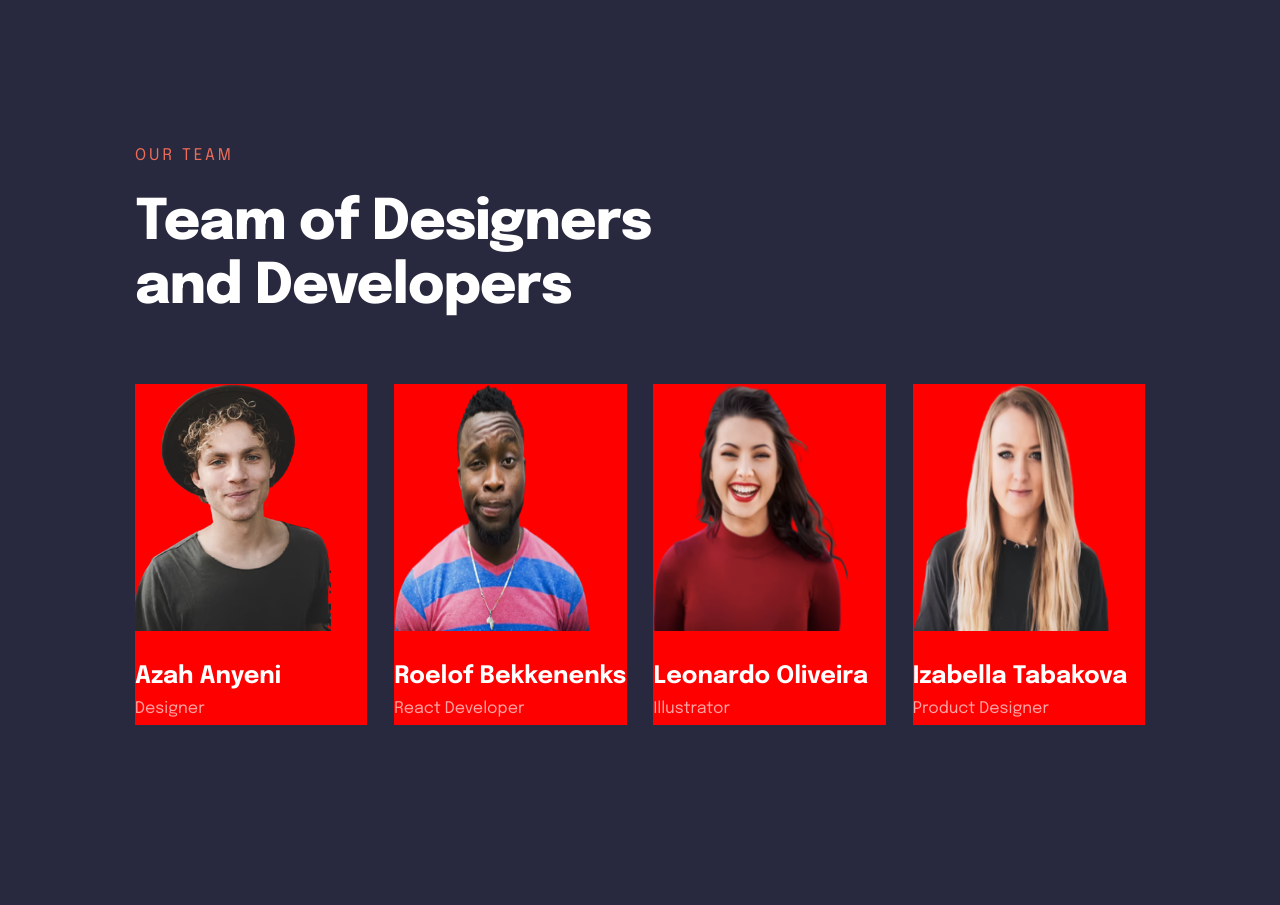
Repository: MehdiKerimov/Figma-task-10
Page: pages/teamPage/index.html
The author's editor kept a copy of each file at every save. The page is drawn from the files as they stood at one save, then again after a run of saves.
The browser window is 1280 px wide. The pictures show the whole page.

Above is the page before, as saved 2023-09-09 15:22:35.

After the next 2 saves:
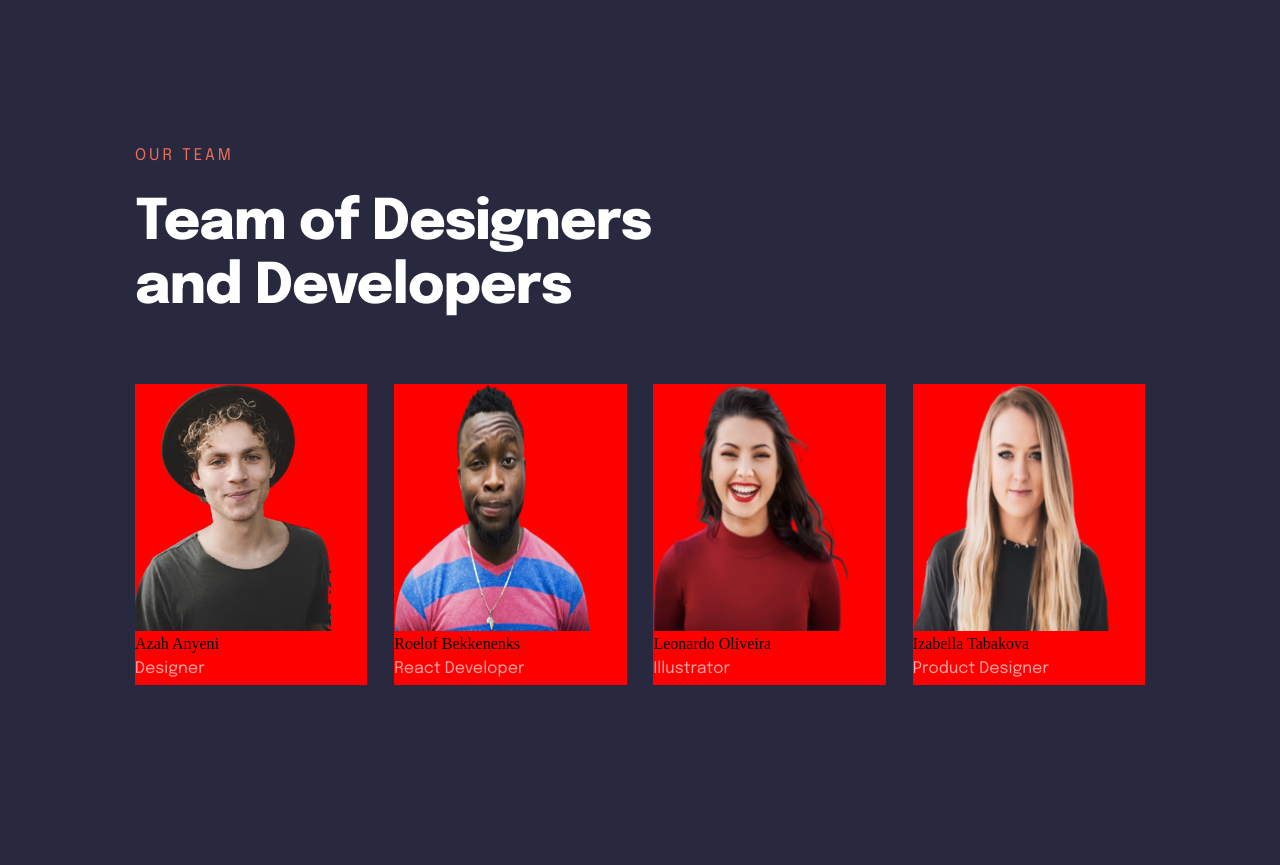
The 2 saves are shown as one change because they came seconds apart.
The last was saved 12 s later.
--- a/pages/teamPage/index.css
+++ b/pages/teamPage/index.css
@@ -46,6 +46,7 @@
   width: 196px;
   height: 247px;
 }
+.container ul li iv
 .container ul li p {
   margin-top: 26px;
   color: var(--Text_Light, #fff);

After the 2 saves that followed:
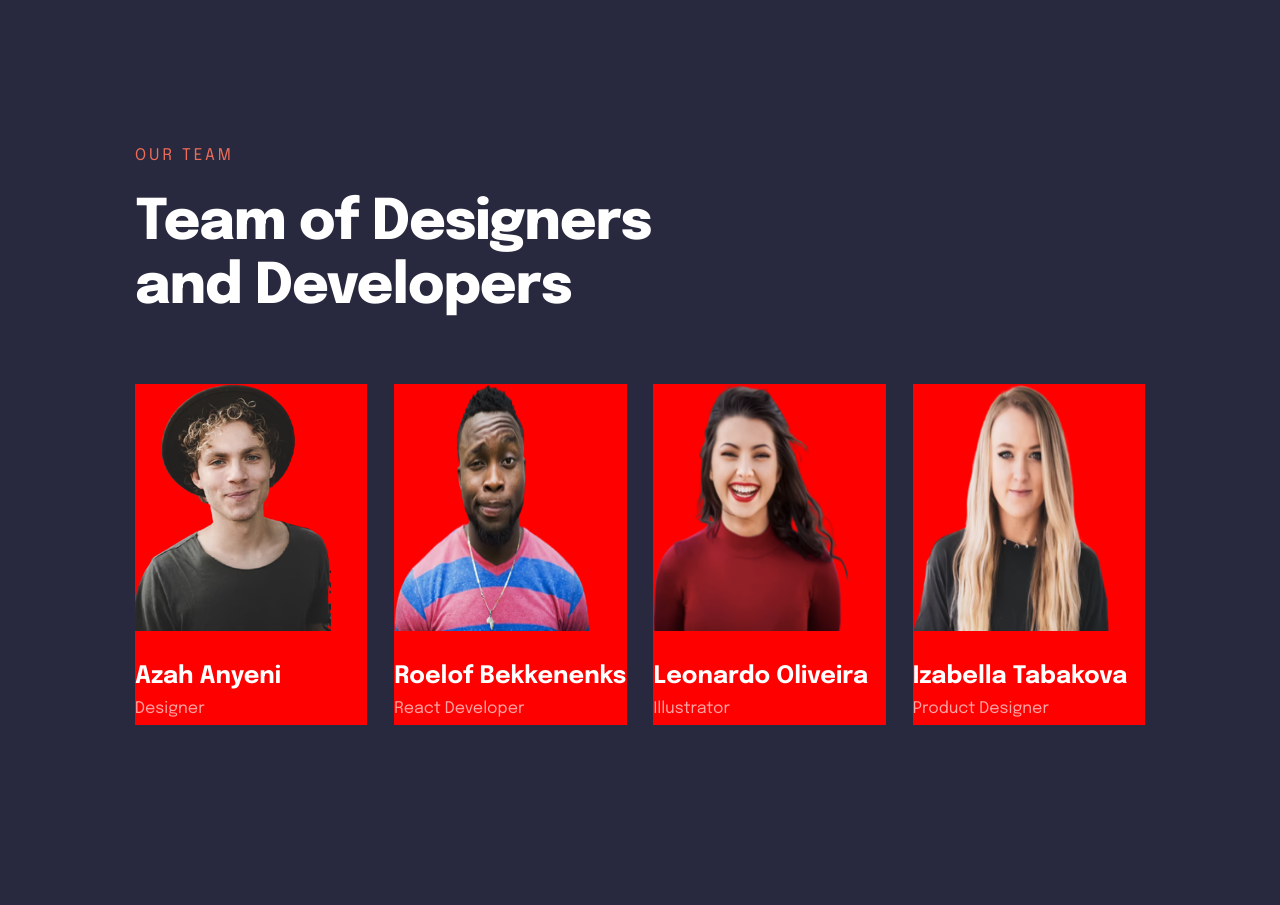
The 2 saves are shown as one change because they came seconds apart.
The last was saved 8 s later.
--- a/pages/teamPage/index.css
+++ b/pages/teamPage/index.css
@@ -46,7 +46,10 @@
   width: 196px;
   height: 247px;
 }
-.container ul li iv
+.container ul li div{
+  width: 100%;
+
+}
 .container ul li p {
   margin-top: 26px;
   color: var(--Text_Light, #fff);
